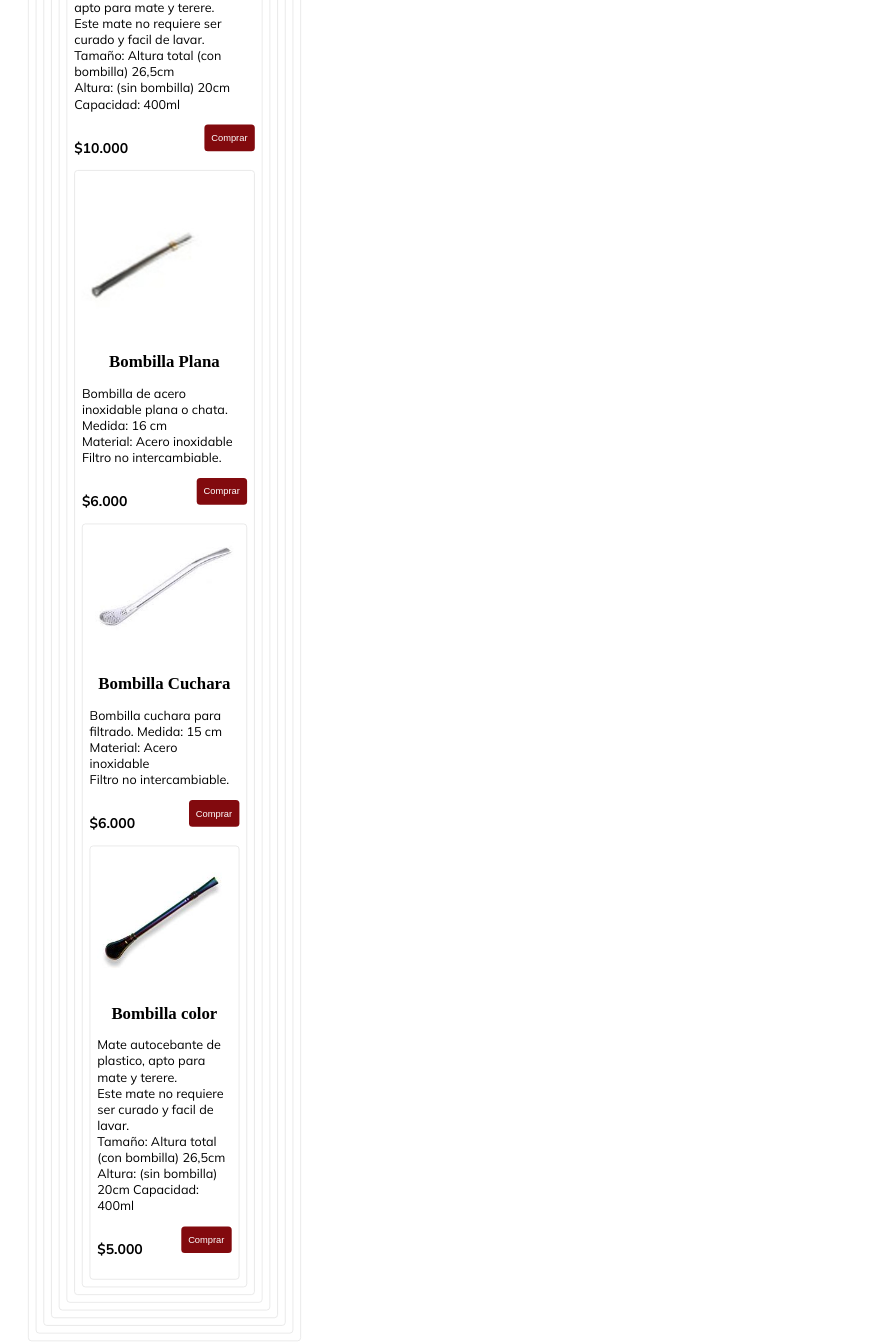
Repository: PiaTrujillo/LICANDEO-main
Page: index.html
These files come from the project's save history. The page is drawn as it stood at one moment and after the next save; the edit follows.
The browser window is 1280 px wide. The pictures show the part of the page from y = 4580 to 6500 px (the page is 6599 px tall before and 6622 px after), at 70% of full size.
A picture or video elsewhere on the page could not be fetched, so the positions and the page height are approximate. Some web fonts or font styles are not loaded; a fallback is used. Some web libraries are served in a nearby version.

Above is the page before, as saved 2023-05-10 21:14:50.

After the next save:
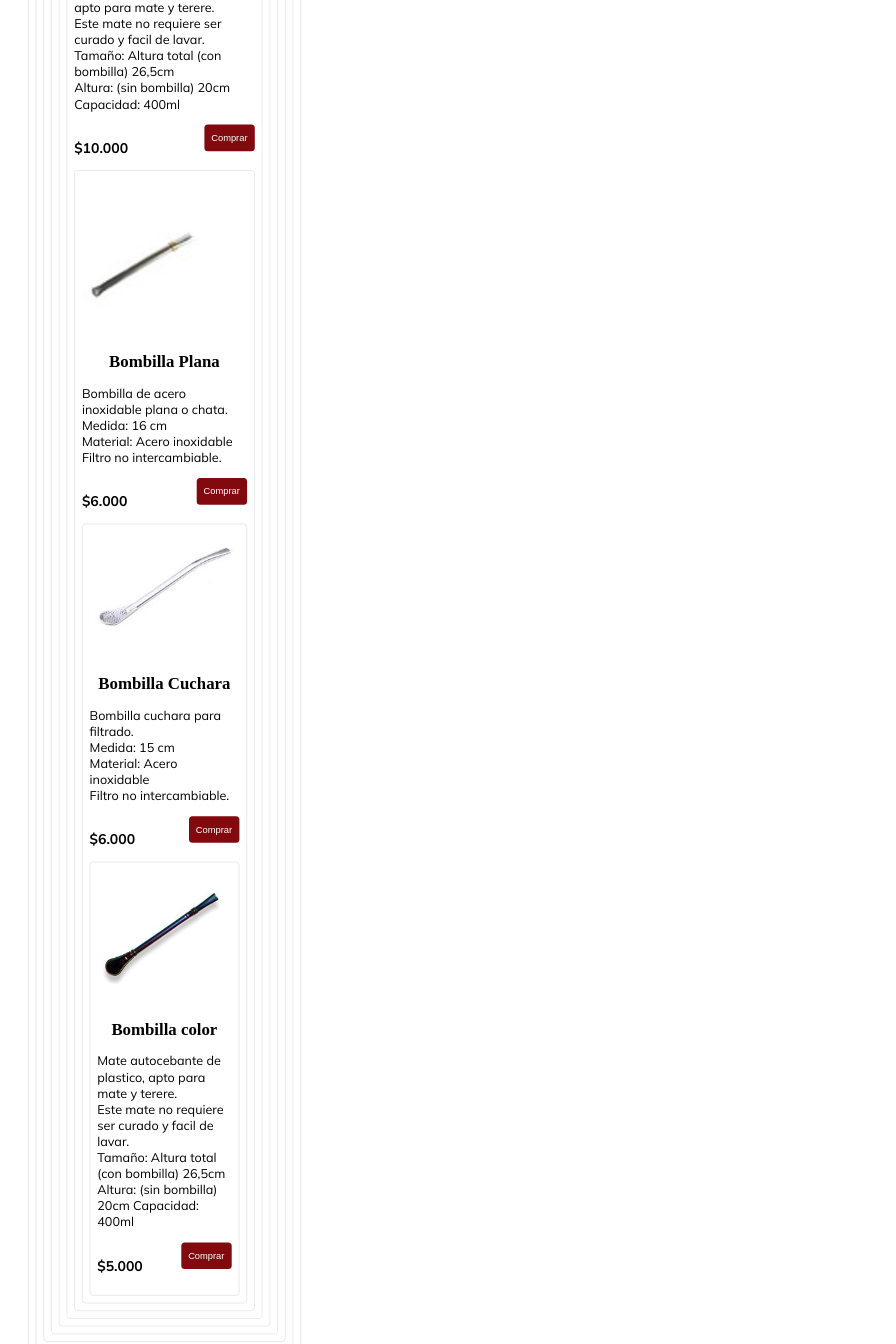
Saved 19 s later.
--- a/index.html
+++ b/index.html
@@ -225,7 +225,7 @@
                         <!-- nombre de producto -->
                         <h2>Bombilla Cuchara</h2>
                         <!-- reseña de producto -->
-                        <p>Bombilla cuchara para filtrado.
+                        <p>Bombilla cuchara para filtrado. <br>
                         Medida: 15 cm <br>
                         Material: Acero inoxidable <br>
                         Filtro no intercambiable.
